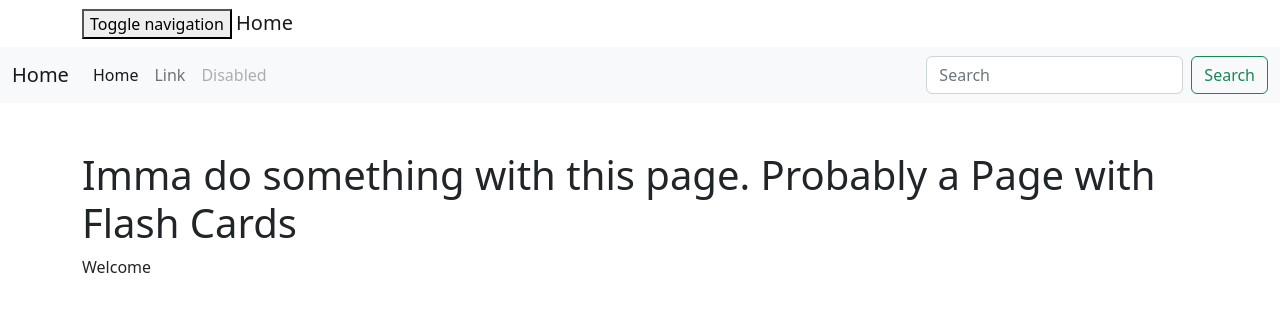
Repository: Junholee369/Junho_Lee_Capstone
Page: http://localhost/index
An editor plug-in stored every save of this project. The page is shown before and after the next save, followed by the edit.
The browser window is 1280 px wide. The pictures show the whole page.
The page is this project's Thymeleaf template; nobody is signed in. The template is opened directly, without the code that normally fills it, so the values that code supplies are empty.

Above is the page before, as saved 2022-06-24 16:12:58.

### Inventory_Management_Capstone/src/main/resources/templates/index.html
<!DOCTYPE html>
<html xmlns:th="http://www.thymeleaf.org"
	xmlns:sec="http://www.thymeleaf.org/thymeleaf-extras-springsecurity3">
<head>
<meta charset="ISO-8859-1">
<title>Registration and Login App</title>

<link
	href="https://cdn.jsdelivr.net/npm/bootstrap@5.2.0-beta1/dist/css/bootstrap.min.css"
	rel="stylesheet"
	integrity="sha384-0evHe/X+R7YkIZDRvuzKMRqM+OrBnVFBL6DOitfPri4tjfHxaWutUpFmBp4vmVor"
	crossorigin="anonymous" />

</head>
<body>
	<!-- create navigation bar ( header) -->
	<nav class="navbar navbar-inverse navbar-fixed-top">
		<div class="container">
			<div class="navbar-header">
				<button type="button" class="navbar-toggle collapsed"
					data-toggle="collapse" data-target="#navbar" aria-expanded="false"
					aria-controls="navbar">
					<span class="sr-only">Toggle navigation</span> <span
						class="icon-bar"></span> <span class="icon-bar"></span> <span
						class="icon-bar"></span>
				</button>
				<a class="navbar-brand" href="#" th:href="@{/}">Home</a>
			</div>
			<div id="navbar" class="collapse navbar-collapse">
				<ul class="nav navbar-nav">
					<li sec:authorize="isAuthenticated()"><a th:href="@{/logout}">Logout</a></li>
				</ul>
				<ul class="nav navbar-nav">
					<li sec:authorize="isAuthenticated()"><a
						th:href="@{/products}">products</a></li>
				</ul>
			</div>
		</div>
	</nav>


	<nav class="navbar navbar-expand-lg bg-light">
  <div class="container-fluid">
    <a class="navbar-brand" href="#">Home</a>
    <button class="navbar-toggler" type="button" data-bs-toggle="collapse" data-bs-target="#navbarSupportedContent" aria-controls="navbarSupportedContent" aria-expanded="false" aria-label="Toggle navigation">
      <span class="navbar-toggler-icon"></span>
    </button>
    <div class="collapse navbar-collapse" id="navbarSupportedContent">
      <ul class="navbar-nav me-auto mb-2 mb-lg-0">

        <li class="nav-item">
          <a class="nav-link active" aria-current="page" href="#">Home</a>
        </li>

        <li class="nav-item">
          <a class="nav-link" href="#">Link</a>
        </li>

        <li class="nav-item">
          <a class="nav-link disabled">Disabled</a>
        </li>
      </ul>
      <form class="d-flex" role="search">
        <input class="form-control me-2" type="search" placeholder="Search" aria-label="Search">
        <button class="btn btn-outline-success" type="submit">Search</button>
      </form>
    </div>
  </div>
</nav>

	<br>
	<br>

	<div class="container">
		<h1>Imma do something with this page. Probably a Page with Flash
			Cards</h1>
		Welcome <span sec:authentication="principal.username"> User</span>
	</div>

	<script
        src="https://cdn.jsdelivr.net/npm/bootstrap@5.2.0-beta1/dist/js/bootstrap.bundle.min.js"
        integrity="sha384-pprn3073KE6tl6bjs2QrFaJGz5/SUsLqktiwsUTF55Jfv3qYSDhgCecCxMW52nD2"
        crossorigin="anonymous"
></script>
</body>
</html>

After the next save:
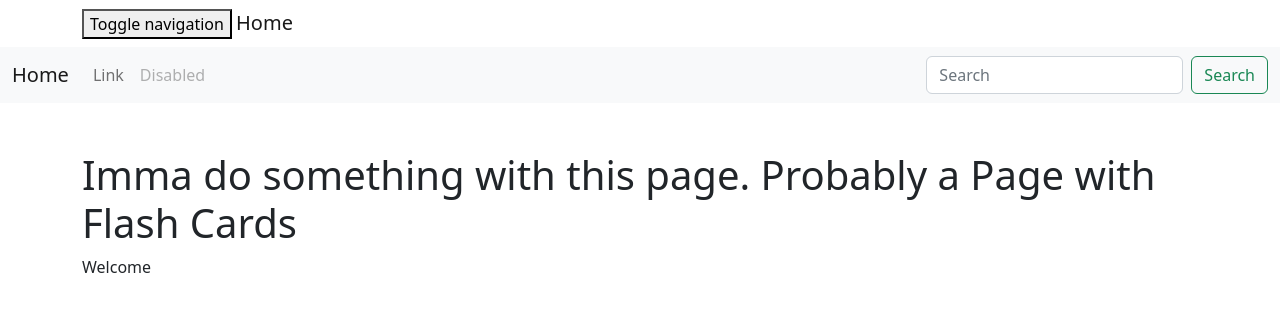
Saved 42 s later.
--- a/Inventory_Management_Capstone/src/main/resources/templates/index.html
+++ b/Inventory_Management_Capstone/src/main/resources/templates/index.html
@@ -42,13 +42,15 @@
 	<nav class="navbar navbar-expand-lg bg-light">
   <div class="container-fluid">
     <a class="navbar-brand" href="#">Home</a>
-    <button class="navbar-toggler" type="button" data-bs-toggle="collapse" data-bs-target="#navbarSupportedContent" aria-controls="navbarSupportedContent" aria-expanded="false" aria-label="Toggle navigation">
+    <button class="navbar-toggler" type="button" data-bs-toggle="collapse" data-bs-target="#navbarSupportedContent"
+    aria-controls="navbarSupportedContent" aria-expanded="false" aria-label="Toggle navigation">
       <span class="navbar-toggler-icon"></span>
     </button>
+
     <div class="collapse navbar-collapse" id="navbarSupportedContent">
       <ul class="navbar-nav me-auto mb-2 mb-lg-0">
 
-        <li class="nav-item">
+        <li class="nav-item" sec:authorize="isAuthenticated()">
           <a class="nav-link active" aria-current="page" href="#">Home</a>
         </li>
 

After the save that followed:
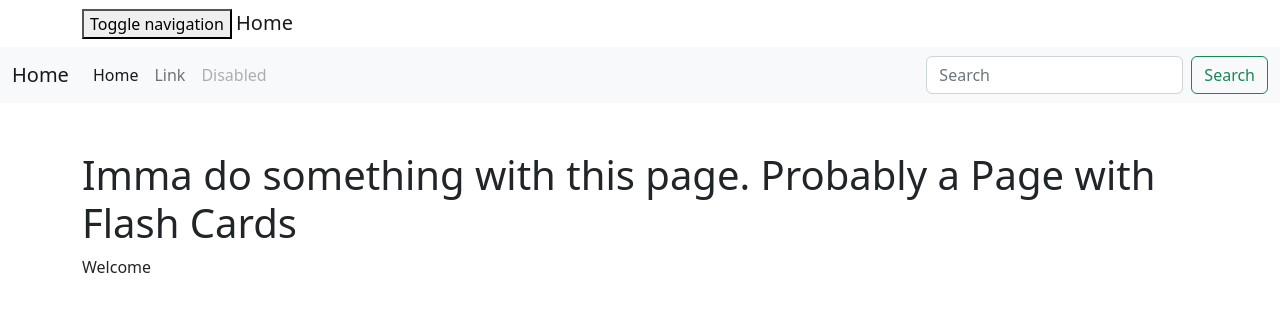
Saved 44 s later.
--- a/Inventory_Management_Capstone/src/main/resources/templates/index.html
+++ b/Inventory_Management_Capstone/src/main/resources/templates/index.html
@@ -41,6 +41,8 @@
 
 	<nav class="navbar navbar-expand-lg bg-light">
   <div class="container-fluid">
+
+   <!--Icon on the very left  -->
     <a class="navbar-brand" href="#">Home</a>
     <button class="navbar-toggler" type="button" data-bs-toggle="collapse" data-bs-target="#navbarSupportedContent"
     aria-controls="navbarSupportedContent" aria-expanded="false" aria-label="Toggle navigation">
@@ -50,7 +52,9 @@
     <div class="collapse navbar-collapse" id="navbarSupportedContent">
       <ul class="navbar-nav me-auto mb-2 mb-lg-0">
 
-        <li class="nav-item" sec:authorize="isAuthenticated()">
+
+
+        <li class="nav-item">
           <a class="nav-link active" aria-current="page" href="#">Home</a>
         </li>
 
